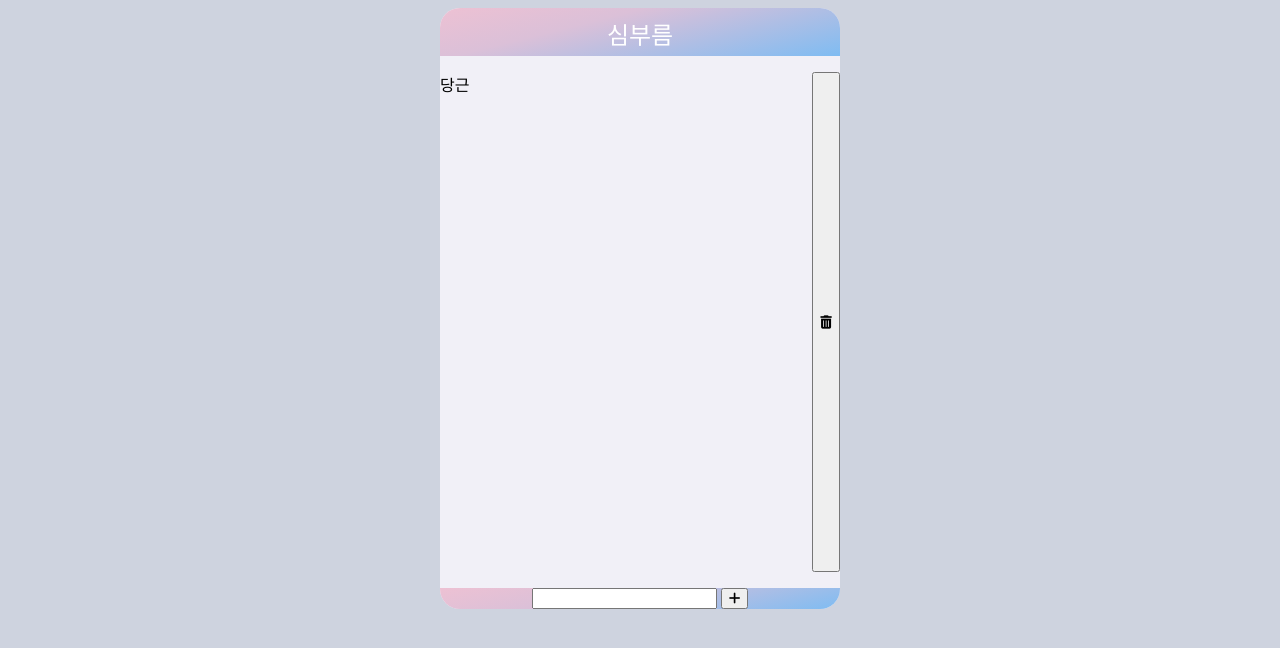
Repository: GoodHoneyCake/Dream_Coding_Academy5
Page: shopping_list/index.html
These files come from the project's save history. The page is drawn as it stood at one moment and after the next save; the edit follows.
The browser window is 1280 px wide. The pictures show the whole page.
Some web libraries are served in a nearby version.

Above is the page before, as saved 2021-01-29 18:09:49.
Console error: TypeError: Cannot read properties of null (reading 'addEventListener')

After the next save:
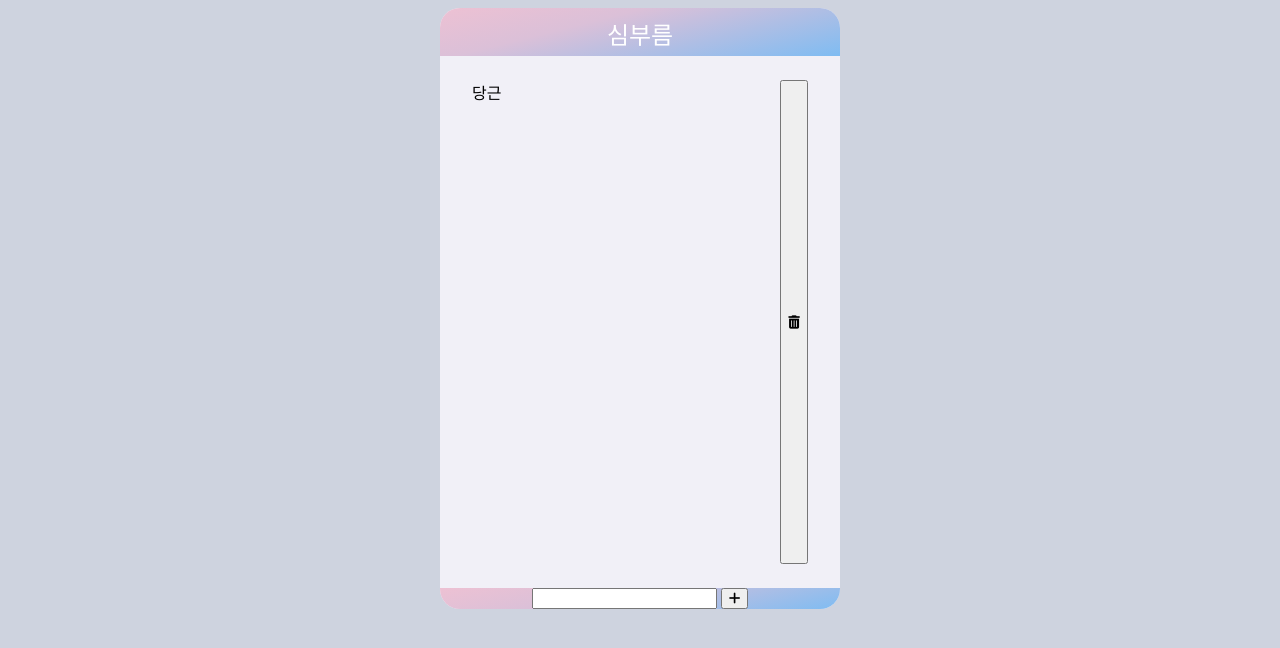
Saved 15 s later.
--- a/shopping_list/style.css
+++ b/shopping_list/style.css
@@ -42,6 +42,7 @@ body {
 .item {
   display: flex;
   justify-content: space-between;
+  padding: 8px 32px;
 }
 
 .footer {
